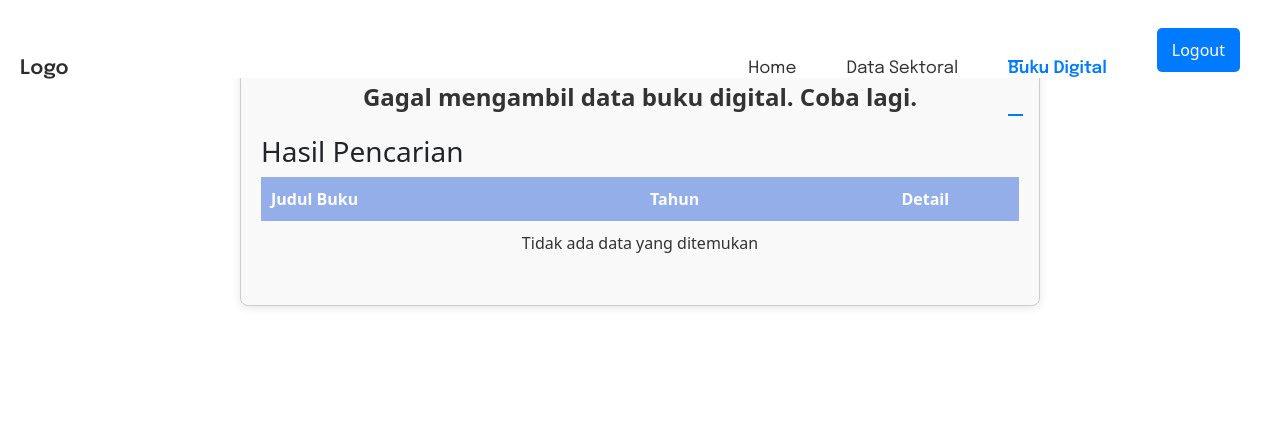
Repository: nida463/Website-PKL
Page: /buku-digital
These files come from the project's save history. The page is drawn as it stood at one moment and after a run of saves; the edit follows.
The browser window is 1280 px wide. The pictures show the whole page.
The page's requests for data from a server got no answer. The project was rebuilt for these pictures with package versions that can differ from the ones it lists, and the page was loaded fresh each time. No one was signed in, and anything a server would have sent is missing. Also part of the build but not shown: src/Components/auth/Login.js, src/Components/organisms/Navbar.js, src/Components/atoms/Lable.js, src/Components/molecules/header/BrandingSection.js, src/Components/molecules/header/BodyTextH.js, src/Components/atoms/Button.js, src/Components/molecules/header/ButonContact.js, src/Components/atoms/Image.js and 24 more.

Above is the page before, as saved 2024-10-11 13:49:53.

After the next 2 saves:
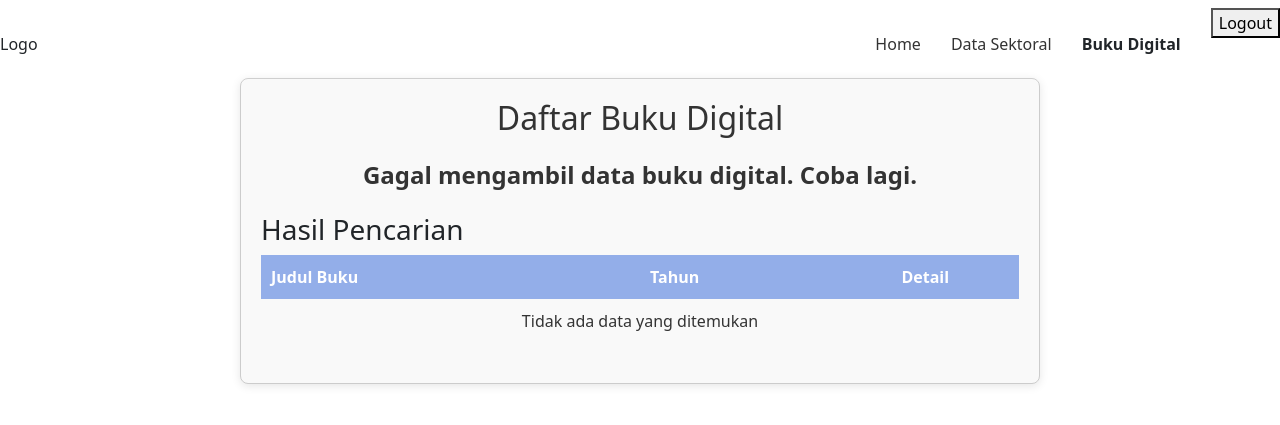
The 2 saves are shown as one change because they came seconds apart.
The last was saved 65 s later.
--- a/src/styles/Navbar.css
+++ b/src/styles/Navbar.css
@@ -1,14 +1,6 @@
-:root {
-  --navbar-color: #FFFFFF;
-  --logo-font-family: "Epilogue", sans-serif;
-  --logo-font-size: 20px;
-  --logo-font-weight: 600;
-  --logo-line-height: 30px;
-  --menu-font-family: "Epilogue", sans-serif;
-  --menu-font-size: 17px;
-  --menu-font-weight: 400;
-  --menu-line-height: 27px;
-  --active-color: #007BFF; /* Warna biru untuk item aktif */
+/* Tambahkan box-sizing untuk kontrol yang lebih baik */
+*, *::before, *::after {
+  box-sizing: border-box; /* Mengatur box-sizing */
 }
 
 .navbar {
@@ -18,45 +10,17 @@
   justify-content: space-between;
   align-items: center;
   background-color: var(--navbar-color);
-  position: fixed !important;
+  position: fixed;
   top: 0;
   left: 0;
   right: 0;
   z-index: 999;
   box-shadow: 0 2px 10px rgba(255, 254, 254, 0.1);
+  padding: 0; /* Pastikan padding adalah 0 */
+  margin: 0; /* Pastikan margin adalah 0 */
 }
 
-/* Styling untuk brand dan menu */
-.navbar-brand {
-  display: flex;
-  align-items: center;
-  text-decoration: none;
-  list-style: none;
-}
-
-.navbar-brand a {
-  font-family: var(--logo-font-family);
-  font-size: var(--logo-font-size);
-  font-weight: var(--logo-font-weight);
-  line-height: var(--logo-line-height);
-  color: #2D2D2D;
-  text-decoration: none;
-  margin-left: 10px;
-  padding: 42px 24px;
-}
-
-.navbar-menu {
-  list-style: none;
-  display: flex;
-  margin: 20px;
-  padding: 0;
-  gap: 30px;
-}
-
-.navbar-menu li {
-  margin-left: 20px;
-}
-
+/* Menghapus border bottom untuk item yang tidak aktif */
 .navbar-item {
   text-decoration: none;
   color: #333;
@@ -65,50 +29,25 @@
   font-weight: var(--menu-font-weight);
   line-height: var(--menu-line-height);
   text-align: left;
-  padding: 10px 15px; /* Tambahkan padding untuk area klik yang lebih besar */
-  transition: color 0.3s ease; /* Animasi transisi warna */
+  padding: 10px 15px;
+  transition: color 0.3s ease;
 }
 
-/* Tambahkan efek hover */
-.navbar-item:hover {
-  color: var(--active-color); /* Ubah warna saat hover */
+.navbar-item.active {
+  color: var(--active-color);
+  font-weight: bold;
+  border-bottom: 2px solid var(--active-color); /* Garis bawah untuk item aktif */
 }
 
-/* Kelas untuk item aktif */
-.navbar-item.active {
-  color: var(--active-color); /* Ubah warna saat aktif */
-  font-weight: bold; /* Membuat teks lebih tebal saat aktif */
-  border-bottom: 2px solid var(--active-color); /* Tambahkan garis bawah */
+/* Pastikan margin tidak membuat elemen terpisah */
+.navbar-menu {
+  list-style: none;
+  display: flex;
+  margin: 0; /* Pastikan margin adalah 0 */
+  padding: 0; /* Pastikan padding adalah 0 */
+  gap: 30px;
 }
 
-.navbar-menu li:last-child {
-  margin-right: 20px;
+.navbar-menu li {
+  margin: 0; /* Pastikan margin adalah 0 */
 }
-
-.navbar-logo {
-  width: 49px;
-  height: 30px;
-  font-family: var(--logo-font-family);
-  font-size: var(--logo-font-size);
-  font-weight: var(--logo-font-weight);
-  line-height: var(--logo-line-height);
-  color: #2D2D2D;
-  display: flex;
-  align-items: center;
-  margin-left: 20px;
-}
-
-/* Styling untuk tombol logout */
-.logout-button {
-  background-color: var(--active-color); /* Warna biru */
-  color: white; /* Teks berwarna putih */
-  border: none; /* Tanpa border */
-  border-radius: 5px; /* Sudut yang lebih halus */
-  padding: 10px 15px; /* Padding untuk tombol */
-  cursor: pointer; /* Menunjukkan bahwa ini adalah tombol */
-  transition: background-color 0.3s ease; /* Transisi warna saat hover */
-}
-
-.logout-button:hover {
-  background-color: darkblue; /* Warna saat hover */
-}
